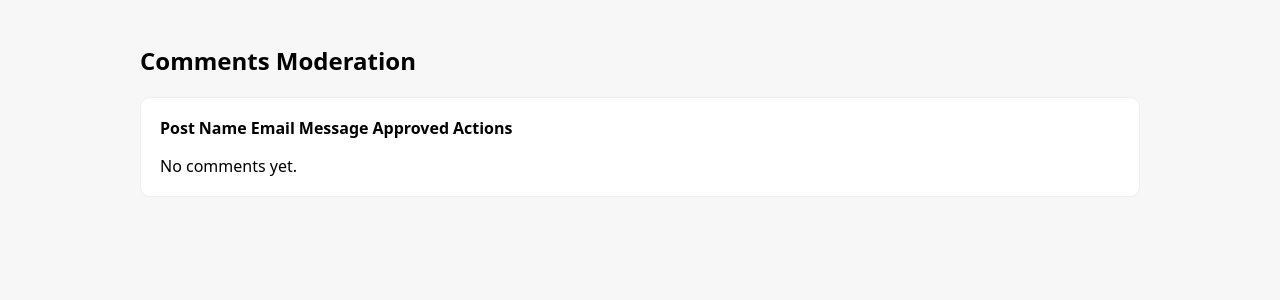
Repository: sanjeevuiuxdev/tti_admin
Page: /comments
An editor plug-in stored every save of this project. The page is shown before and after a run of saves, followed by the edit.
The browser window is 1280 px wide. The pictures show the whole page.
The page's requests for data from a server got no answer. The project was rebuilt for these pictures with package versions that can differ from the ones it lists, and the page was loaded fresh each time. No one was signed in, and anything a server would have sent is missing. Also part of the build but not shown: vite.config.js, src/auth/ProtectedRoute.jsx, src/pages/ Login.jsx, src/components/Topbar.jsx, src/api/client.js, src/pages/Dashboard.jsx, src/pages/Categories.jsx, src/constants/sections.js and 3 more.

Above is the page before, as saved 2025-11-09 00:43:23.

### index.html
<!doctype html>
<html lang="en">
  <head>
    <meta charset="UTF-8" />
    <link rel="icon" type="image/svg+xml" href="/vite.svg" />
    <meta name="viewport" content="width=device-width, initial-scale=1.0" />
    <title>blog-admin</title>
  </head>
  <body>
    <div id="root"></div>
    <script type="module" src="/src/main.jsx"></script>
  </body>
</html>

### src/App.jsx
import { BrowserRouter, Routes, Route, Navigate } from "react-router-dom";
import { AuthProvider } from "./auth/AuthContext";
import ProtectedRoute from "./auth/ProtectedRoute";
import Login from "./pages/ Login";
import Dashboard from "./pages/Dashboard";
import Categories from "./pages/Categories";
import Blogs from "./pages/Blogs";
import BlogCreate from "./pages/BlogCreate";
import BlogEdit from "./pages/BlogEdit";
import Comments from "./pages/Comments";

// import Login from "./pages/Login";
// import Dashboard from "./pages/Dashboard";
// import Categories from "./pages/Categories";
// import Blogs from "./pages/Blogs";
// import BlogCreate from "./pages/BlogCreate";
// import BlogEdit from "./pages/BlogEdit";

export default function App() {
  return (
    <AuthProvider>
      <BrowserRouter>
        <Routes>
          {/* public */}
          <Route path="/login" element={<Login />} />

          {/* protected */}
          <Route
            path="/"
            element={
              <ProtectedRoute>
                <Dashboard />
              </ProtectedRoute>
            }
          />

          <Route
            path="/categories"
            element={
              <ProtectedRoute>
                <Categories />
              </ProtectedRoute>
            }
          />

          <Route
            path="/blogs"
            element={
              <ProtectedRoute>
                <Blogs />
              </ProtectedRoute>
            }
          />

          <Route
            path="/blogs/create"
            element={
              <ProtectedRoute>
                <BlogCreate />
              </ProtectedRoute>
            }
          />

          <Route
            path="/blogs/:id/edit"
            element={
              <ProtectedRoute>
                <BlogEdit />
              </ProtectedRoute>
            }
          />

<Route path="/comments" element={<Comments />} />

          {/* fallback */}
          <Route path="*" element={<Navigate to="/" replace />} />
        </Routes>
      </BrowserRouter>
    </AuthProvider>
  );
}

### src/index.css
body { font-family: system-ui, -apple-system, Segoe UI, Roboto, sans-serif; background:#f7f7f7; }
.container { min-height:100vh; display:grid; place-items:center; }
.card { background:#fff; padding:16px; border:1px solid #eee; border-radius:10px; display:grid; gap:10px; width:min(480px, 92vw); }
.error { background:#ffecec; color:#b10000; padding:8px; border-radius:8px; }
.topbar { background:#111; color:#fff; display:flex; justify-content:space-between; align-items:center; padding:10px 16px; }
.topbar a { color:#ddd; margin-right:12px; text-decoration:none; }
.topbar a.active { color:#fff; font-weight:600; }
.page { padding:16px; max-width:1000px; margin:0 auto; }
.row { display:flex; justify-content:space-between; align-items:center; }
.table { width:100%; border-collapse:collapse; background:#fff; border:1px solid #eee; border-radius:10px; overflow:hidden; }
.table th, .table td { padding:10px; border-bottom:1px solid #f0f0f0; }
.btn { background:#111; color:#fff; padding:8px 12px; border-radius:8px; text-decoration:none; }
input, select, button { padding:10px; border:1px solid #ddd; border-radius:8px; }
button { background:#111; color:#fff; cursor:pointer; }

### src/auth/AuthContext.jsx
import { createContext, useContext, useEffect, useState } from "react";
import axios from "axios";

const AuthCtx = createContext(null);

export function AuthProvider({ children }) {
  const [user, setUser] = useState(null);
  const [ready, setReady] = useState(false);

  const api = axios.create({ baseURL: import.meta.env.VITE_API_BASE });

  useEffect(() => {
    const token = localStorage.getItem("admin_token");
    if (!token) { setReady(true); return; }
    api.interceptors.request.use(cfg => {
      cfg.headers.Authorization = `Bearer ${token}`;
      return cfg;
    });
    api.get("/api/auth/me")
      .then(({ data }) => setUser(data))
      .catch(() => {
        localStorage.removeItem("admin_token");
        localStorage.removeItem("admin_username");
      })
      .finally(() => setReady(true));
  }, []);

  function loginSuccess({ token, admin }) {
    localStorage.setItem("admin_token", token);
    localStorage.setItem("admin_username", admin?.username || "");
    setUser(admin);
  }

  function logout() {
    localStorage.removeItem("admin_token");
    localStorage.removeItem("admin_username");
    setUser(null);
    window.location.href = "/login";
  }

  return (
    <AuthCtx.Provider value={{ user, ready, loginSuccess, logout }}>
      {children}
    </AuthCtx.Provider>
  );
}

export const useAuth = () => useContext(AuthCtx);

### src/pages/Comments.jsx
import { useEffect, useState } from "react";
import { adminFetch } from "../api/adminFetch";

export default function Comments() {
  const [rows, setRows] = useState([]);
  const [loading, setLoading] = useState(true);

  async function load() {
    setLoading(true);
    try {
      const data = await adminFetch("/api/admin/comments"); // all comments
      setRows(data);
    } finally {
      setLoading(false);
    }
  }

  useEffect(() => { load(); }, []);

  async function approve(id) {
    await adminFetch(`/api/admin/comments/${id}/approve`, { method: "PUT" });
    await load();
  }

  async function remove(id) {
    if (!confirm("Delete comment?")) return;
    await adminFetch(`/api/admin/comments/${id}`, { method: "DELETE" });
    await load();
  }

  return (
    <div className="page">
      <h2>Comments Moderation</h2>
      {loading ? <p>Loading…</p> : null}
      <table className="card" style={{ width: "100%" }}>
        <thead>
          <tr>
            <th>Post</th>
            <th>Name</th>
            <th>Email</th>
            <th>Message</th>
            <th>Approved</th>
            <th>Actions</th>
          </tr>
        </thead>
        <tbody>
          {rows.map((c) => (
            <tr key={c._id}>
              <td>{c.post?.title} <small>({c.post?.slug})</small></td>
              <td>{c.name}</td>
              <td>{c.email}</td>
              <td style={{ maxWidth: 420, whiteSpace: "pre-wrap" }}>{c.message}</td>
              <td>{c.approved ? "Yes" : "No"}</td>
              <td>
                {!c.approved && (
                  <button onClick={() => approve(c._id)} style={{ marginRight: 8 }}>
                    Approve
                  </button>
                )}
                <button onClick={() => remove(c._id)} className="danger">
                  Delete
                </button>
              </td>
            </tr>
          ))}
          {rows.length === 0 && !loading && (
            <tr><td colSpan={6}>No comments yet.</td></tr>
          )}
        </tbody>
      </table>
    </div>
  );
}

### src/api/adminFetch.js
export async function adminFetch(path, { method="GET", headers={}, body } = {}) {
    const token = localStorage.getItem("admin_token");
    const finalHeaders = new Headers(headers);
    if (token) finalHeaders.set("Authorization", `Bearer ${token}`);
    const res = await fetch(`${import.meta.env.VITE_API_BASE}${path}`, { method, headers: finalHeaders, body });
    if (!res.ok) throw new Error((await res.json().catch(()=>({})))?.message || `HTTP ${res.status}`);
    return res.json();
  }

Loaded but not shown: src/main.jsx (common file)

After the next 2 saves:
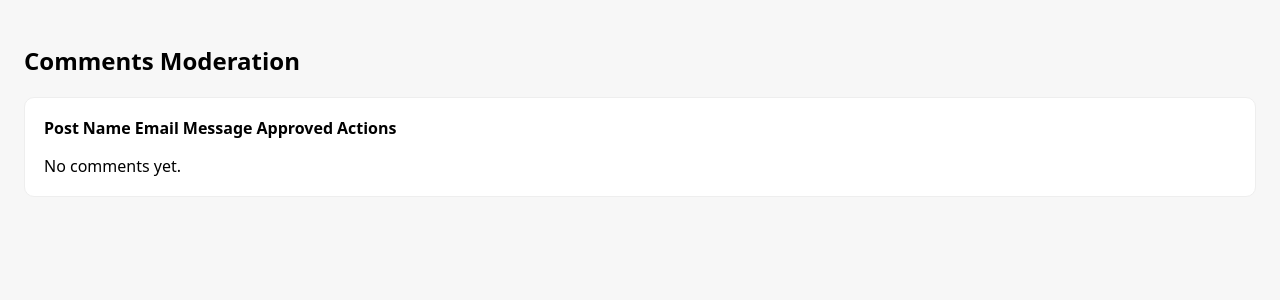
The 2 saves are shown as one change because they came seconds apart.
The last was saved 65 min 44 s later.
--- a/src/index.css
+++ b/src/index.css
@@ -5,7 +5,7 @@ body { font-family: system-ui, -apple-system, Segoe UI, Roboto, sans-serif; back
 .topbar { background:#111; color:#fff; display:flex; justify-content:space-between; align-items:center; padding:10px 16px; }
 .topbar a { color:#ddd; margin-right:12px; text-decoration:none; }
 .topbar a.active { color:#fff; font-weight:600; }
-.page { padding:16px; max-width:1000px; margin:0 auto; }
+.page { padding:16px; max-width:1340px; margin:0 auto; }
 .row { display:flex; justify-content:space-between; align-items:center; }
 .table { width:100%; border-collapse:collapse; background:#fff; border:1px solid #eee; border-radius:10px; overflow:hidden; }
 .table th, .table td { padding:10px; border-bottom:1px solid #f0f0f0; }
